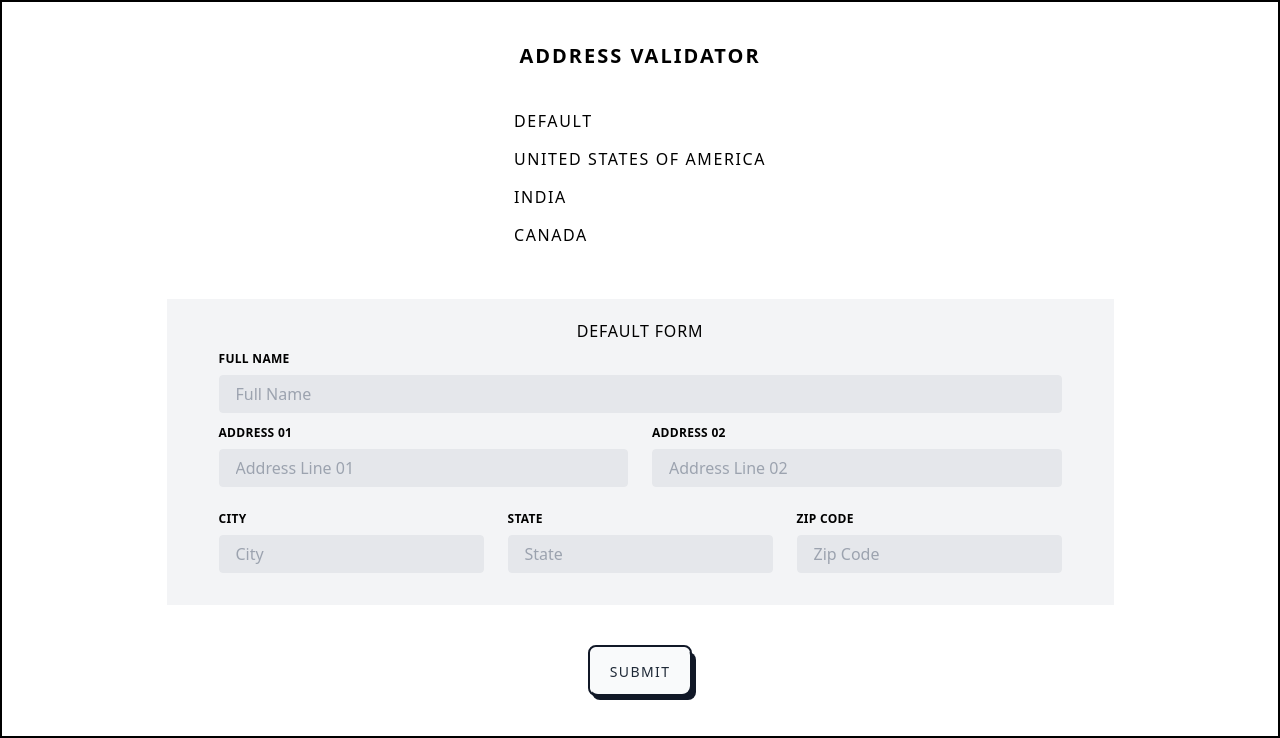
Repository: jay-singhvi/SWArchDesign_TeamProject
Page: / (app in frontend/address-validation/)
These files come from the project's save history. The page is drawn as it stood at one moment and after the next save; the edit follows.
The browser window is 1280 px wide. The pictures show the whole page.
The project was rebuilt for these pictures with package versions that can differ from the ones it lists, and the page was loaded fresh each time. Also part of the build but not shown: frontend/address-validation/src/App.css.

Above is the page before, as saved 2023-03-07 15:29:16.

After the next save:
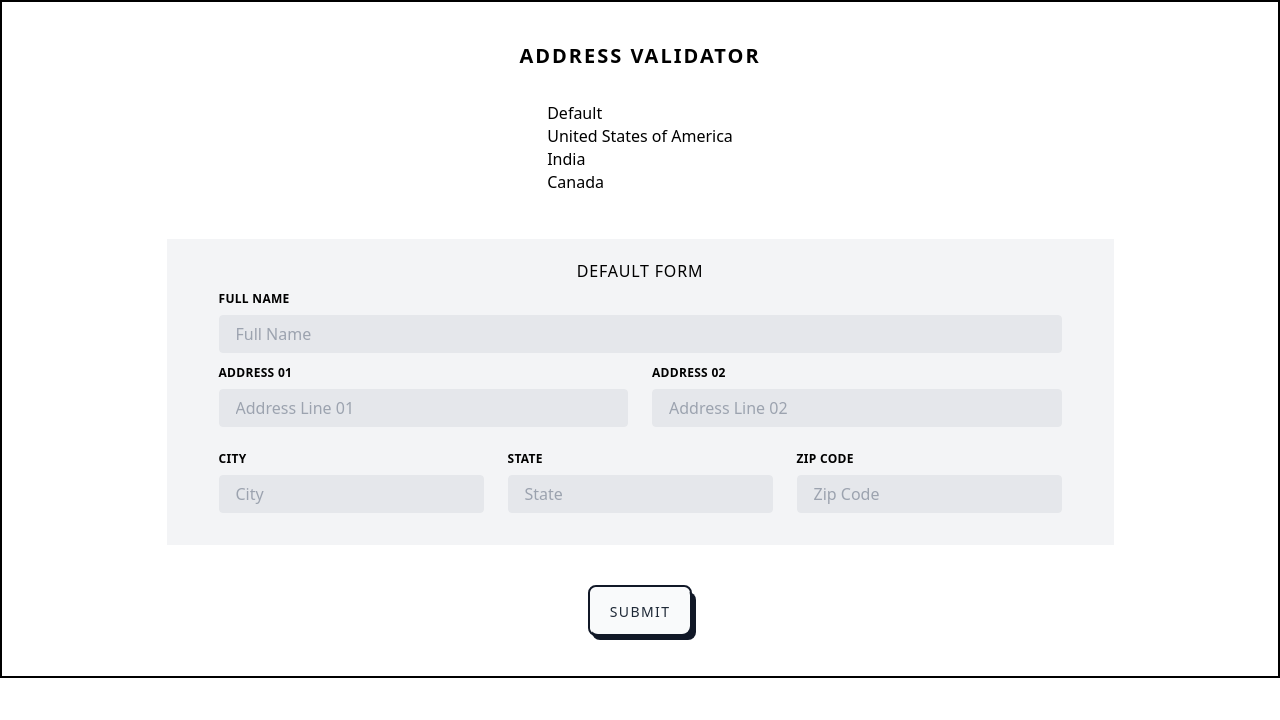
Saved 2 h 42 min later.
--- a/frontend/address-validation/src/App.js
+++ b/frontend/address-validation/src/App.js
@@ -163,7 +163,7 @@ function App() {
           >
             {countries.map((country) => (
               <option
-                className=" cursor-pointer uppercase tracking-widest p-2 hover:bg-gray-300"
+
                 key={country.name}
                 value={country.name}
               >
